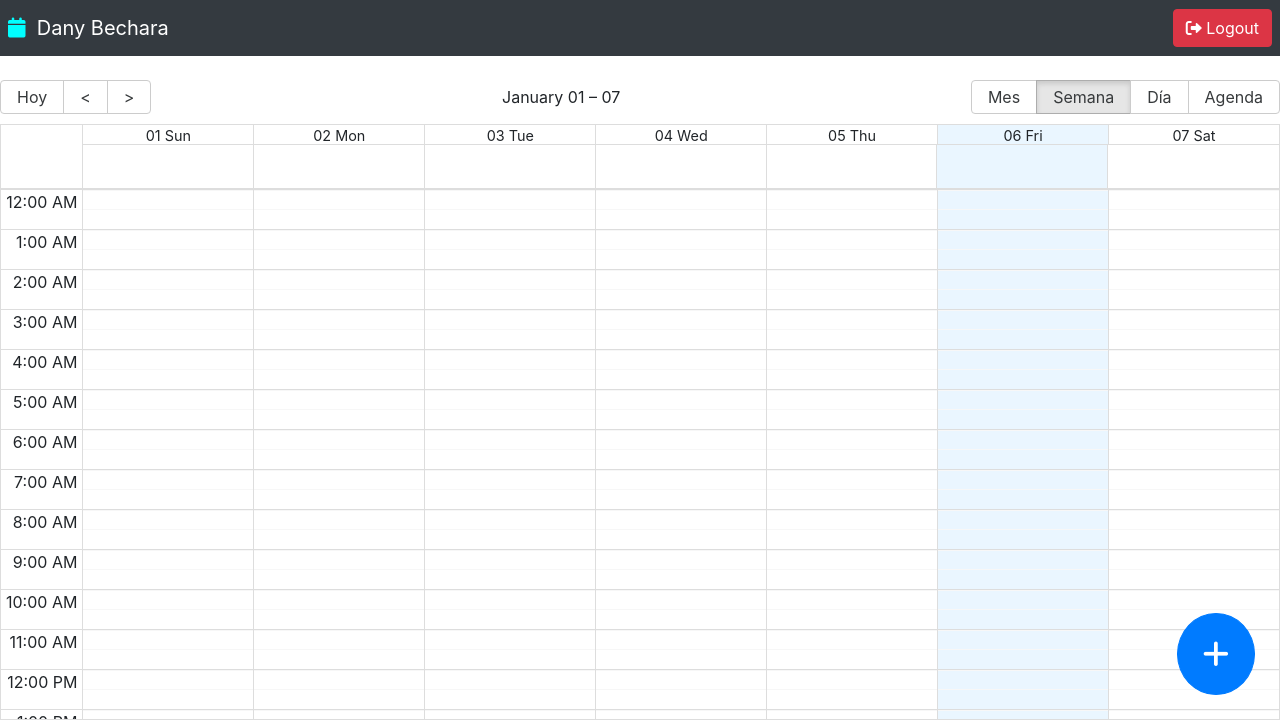
Repository: bechara611/calendar-frontend
Page: /
These files come from the project's save history. The page is drawn as it stood at one moment and after the next save; the edit follows.
The browser window is 1280 px wide. The pictures show the whole page.
An inner scrolling area shows only its first screen. The project was rebuilt for these pictures with package versions that can differ from the ones it lists, and the page was loaded fresh each time. Some packages were replaced by stand-ins written for this rebuild. Also part of the build but not shown: vite.config.js. Imported but missing from the stored project, and not drawn on this page: src/auth.

Above is the page before, as saved 2023-01-11 18:31:50.

After the next save:
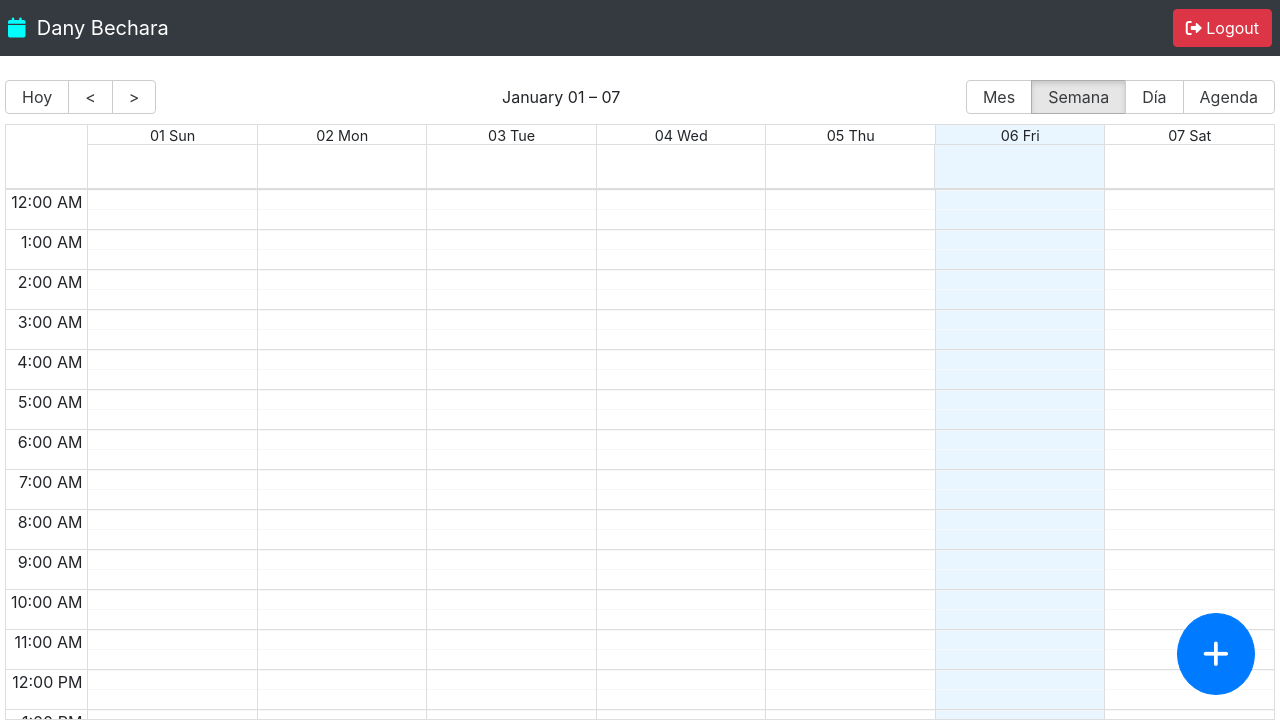
Saved 5 min 43 s later.
--- a/src/calendar/pages/CalendarPages.jsx
+++ b/src/calendar/pages/CalendarPages.jsx
@@ -53,7 +53,7 @@ const eventStyleGetter = (event, start, end, isSelected) => {
         startAccessor="start"
         endAccessor="end"
         messages={getMessages()}
-        style={{ height: 'calc( 100vh - 80px )' }}
+        style={{ height: 'calc( 100vh - 80px )',margin:'5px' }}
         eventPropGetter={eventStyleGetter}
         components={{
           event: CalendarEvent

After the save that followed:
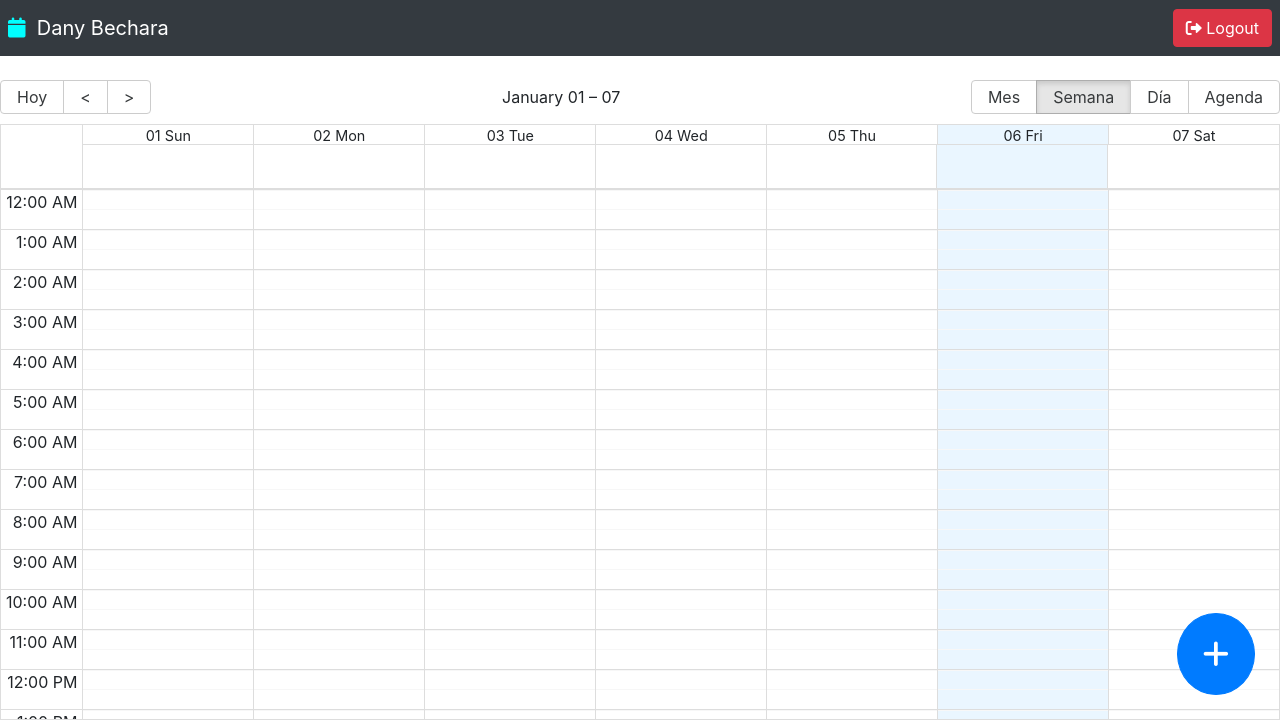
Saved 7 s later.
--- a/src/calendar/pages/CalendarPages.jsx
+++ b/src/calendar/pages/CalendarPages.jsx
@@ -53,7 +53,7 @@ const eventStyleGetter = (event, start, end, isSelected) => {
         startAccessor="start"
         endAccessor="end"
         messages={getMessages()}
-        style={{ height: 'calc( 100vh - 80px )',margin:'5px' }}
+        style={{ height: 'calc( 100vh - 80px )',margin:'0px' }}
         eventPropGetter={eventStyleGetter}
         components={{
           event: CalendarEvent
